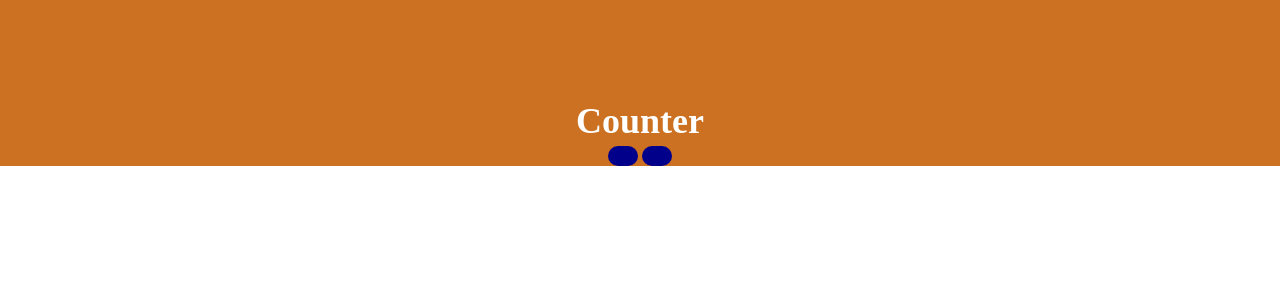
Repository: lusine-tech/counter
Page: index.html
The author's editor kept a copy of each file at every save. The page is drawn from the files as they stood at one save, then again after the next save.
The browser window is 1280 px wide. The pictures show the whole page.

Above is the page before, as saved 2022-02-14 16:53:26.

### index.html
<!DOCTYPE html>
<html lang="en">
<head>
    <meta charset="UTF-8">
    <meta http-equiv="X-UA-Compatible" content="IE=edge">
    <meta name="viewport" content="width=device-width, initial-scale=1.0">
    <link rel="stylesheet" href="style.css">
    <title>counter</title>
</head>
<body>
    <section class="background">
        <div class="block">
            <h3 class="title">Counter</h3>
            <p class="num"></p>
    <div class="buttons">
       <button class="btn" id="btn-left"></button>
       <button class="btn" id="btn-right"></button>
    </div>
    </div>
    </section>
   <script src="/script.js"></script>
</body>
</html>

### style.css
*{
    margin: 0;
    padding: 0;
    box-sizing: border-box;
}

.background {
    width: 100%;
    height: 100%;
    background-color: #cb7121;
    text-align: center;
   padding-top: 100px;
}
.title {
    color: #fff;
    font-size: 36px;
    text-transform: ;
}
.num {
    font-size: 56px;
}
.btn {
    padding: 10px 15px;
    color: #fff;
    border-radius: 20px;
    cursor: pointer;
    transition: 0.5s ease;
    border: none;
    outline: none;
    background-color: #00008B;
}

Loaded but not shown: script.js (no copy from this time; the picture is the same without it)

After the next save:
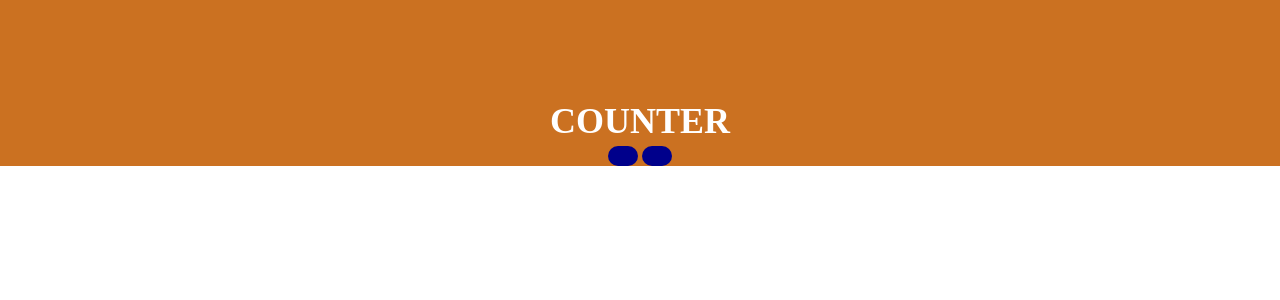
Saved 4 s later.
--- a/style.css
+++ b/style.css
@@ -14,7 +14,7 @@
 .title {
     color: #fff;
     font-size: 36px;
-    text-transform: ;
+    text-transform: uppercase;
 }
 .num {
     font-size: 56px;
